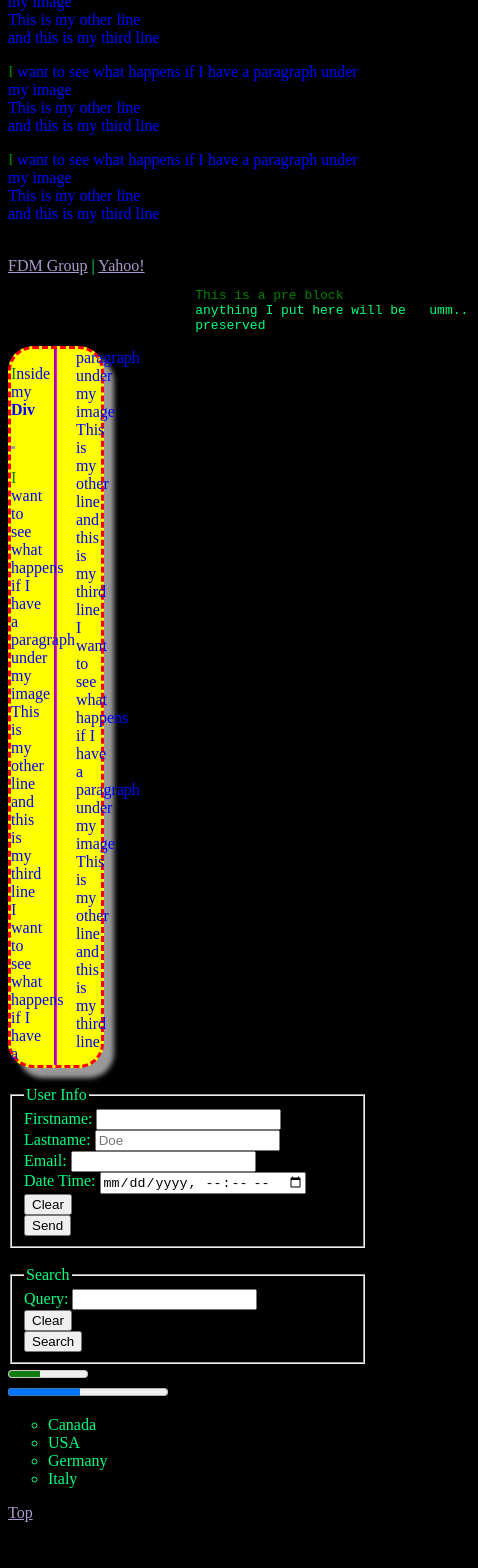
Repository: aaikinsm/FDM-Programs
Page: HTMLExample/WebContent/index.html
An editor plug-in stored every save of this project. The page is shown before and after the next save, followed by the edit.
The browser window is 375 px wide. The page is 478 px wide, so the pictures cover 478 px, including what lies to the right of the window. The pictures show the part of the page from y = 985 to 2553 px (the page is 2553 px tall before and 2122 px after).
Pictures or frames that could not be fetched are drawn as grey boxes. Some web fonts or font styles are not loaded; a fallback is used.

Above is the page before, as saved 2017-05-15 19:49:40.

After the next save:
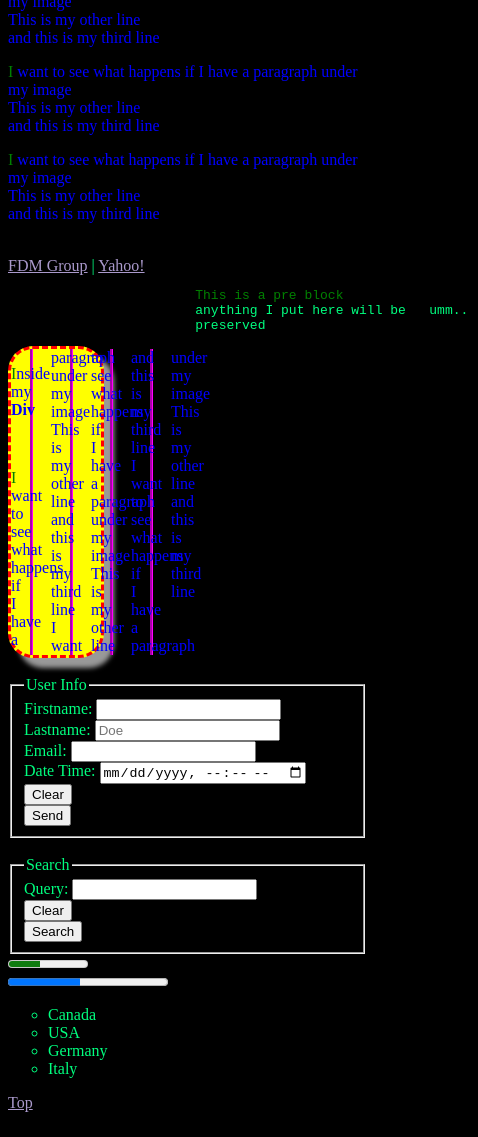
Saved 4 min 4 s later.
--- a/HTMLExample/WebContent/resources/css/style.css
+++ b/HTMLExample/WebContent/resources/css/style.css
@@ -5,7 +5,7 @@
 		color: springgreen;
 	}
 	div	{
-		-webkit-column-count: 2;
+		-webkit-column-count: 5;
    		-webkit-column-gap: 40px;
    		-webkit-column-rule: 3px outset #ff00ff;
 	}
